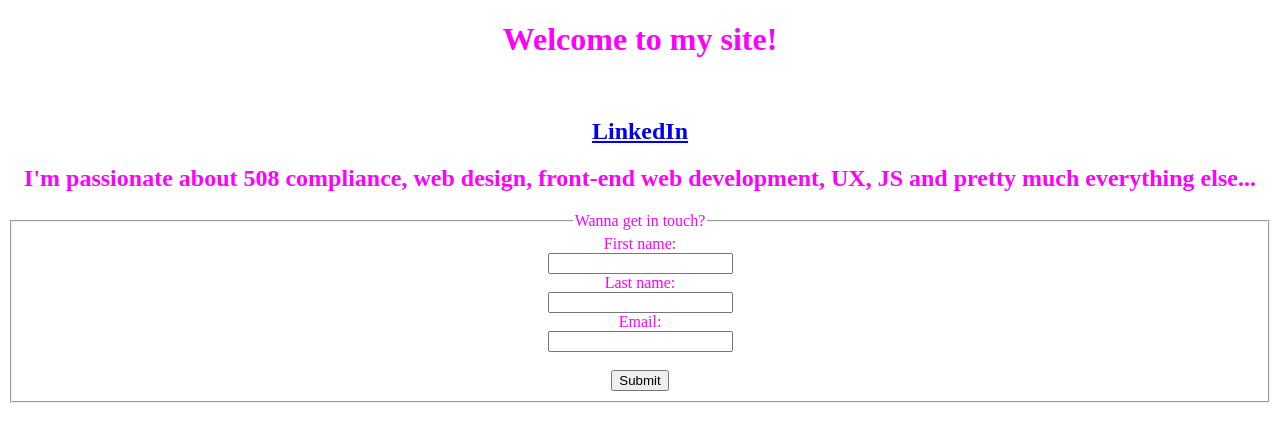
Repository: jasvr/jasvr.io
Page: index.html
These files come from the project's save history. The page is drawn as it stood at one moment and after a run of saves; the edit follows.
The browser window is 1280 px wide. The pictures show the whole page.

Above is the page before, as saved 2020-01-10 14:33:54.

After the next 2 saves:
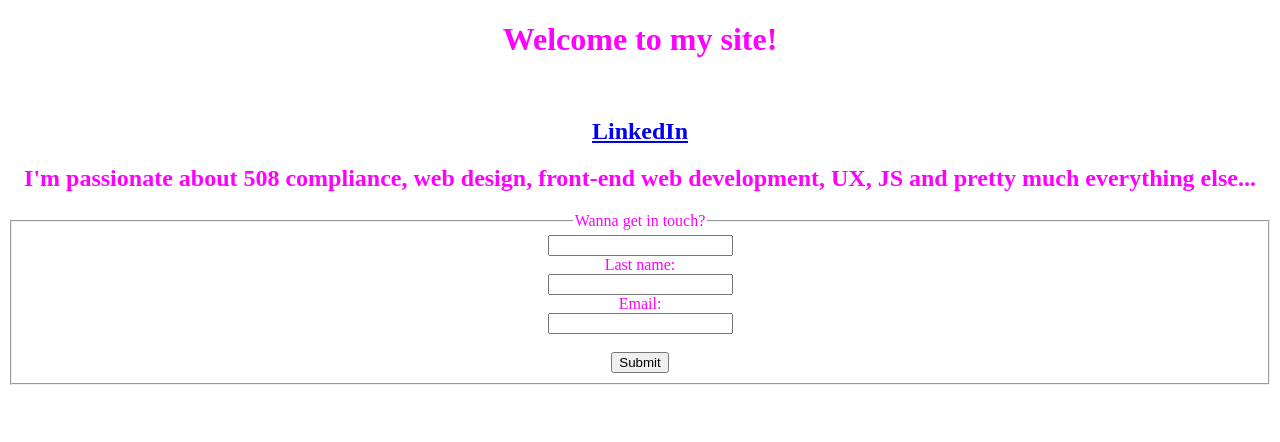
The 2 saves are shown as one change because they came seconds apart.
The last was saved 13 s later.
--- a/index.html
+++ b/index.html
@@ -15,6 +15,7 @@
 
     <fieldset>
         <legend>Wanna get in touch?</legend>
+        <div
         First name:<br>
         <input type="text" name="firstname"><br>
         Last name:<br>

After the save that followed:
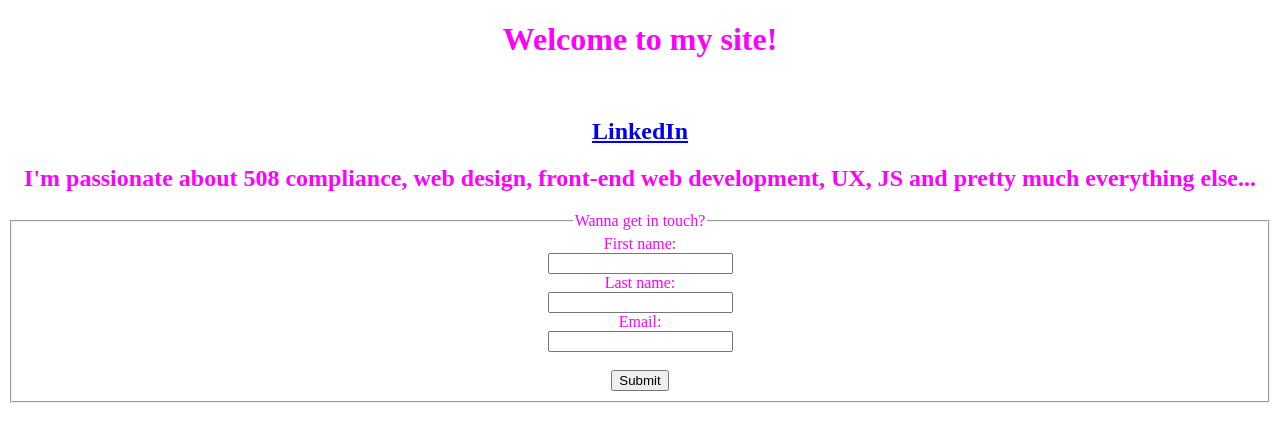
Saved 4 s later.
--- a/index.html
+++ b/index.html
@@ -15,7 +15,9 @@
 
     <fieldset>
         <legend>Wanna get in touch?</legend>
-        <div
+        <div>
+
+        </div>
         First name:<br>
         <input type="text" name="firstname"><br>
         Last name:<br>
